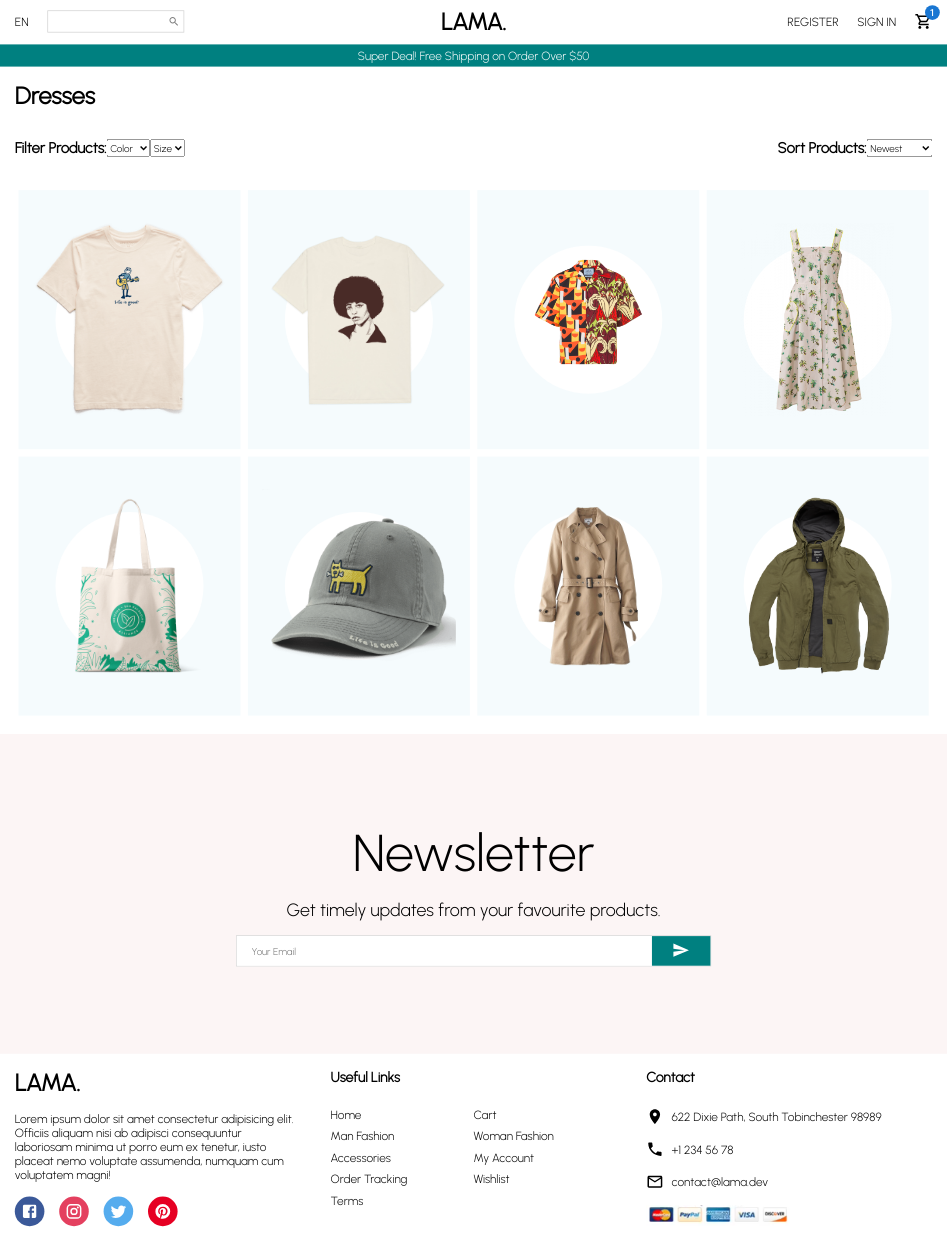
Repository: kmvaghela/ECOMMERCE
Page: /
An editor plug-in stored every save of this project. The page is shown before and after the next save, followed by the edit.
The browser window is 1280 px wide. The pictures show the whole page, at 74% of full size.
The project was rebuilt for these pictures with package versions that can differ from the ones it lists, and the page was loaded fresh each time. Also part of the build but not shown: src/components/CategoryItem.jsx, src/components/Categories.jsx, src/components/Slider.jsx, src/pages/Home.jsx.

Above is the page before, as saved 2022-02-23 21:38:18.

### public/index.html
<!DOCTYPE html>
<html lang="en">

<head>
  <meta charset="utf-8" />
  <meta name="viewport" content="width=device-width, initial-scale=1" />
  <meta name="description" content="Web site created using create-react-app" />
  <link href="https://fonts.googleapis.com/css2?family=Urbanist:wght@100;200;300&display=swap" rel="stylesheet">
  <style>
    * {
      margin: 0;
      font-family: 'Urbanist', sans-serif;
    }
  </style>
  <title>React App</title>
</head>

<body>
  <noscript>You need to enable JavaScript to run this app.</noscript>
  <div id="root"></div>
</body>

</html>

### src/App.jsx
import Home from "./pages/Home";
import ProductList from "./pages/ProductList";

const App = () => {
  return <ProductList />;
};

export default App;

### src/pages/ProductList.jsx
import React from "react";
import styled from "styled-components";
import Announcement from "../components/Announcement";
import Footer from "../components/Footer";
import Navbar from "../components/Navbar";
import Newsletter from "../components/Newsletter";
import Products from "../components/Products";

const Container = styled.div``;

const Title = styled.h1`
  margin: 20px;
`;

const FilterContainer = styled.div`
  display: flex;
  justify-content: space-between;
`;

const Filter = styled.div`
  margin: 20px;
  display: flex;
`;

const FilterText = styled.div`
  font-size: 20px;
  font-weight: 600;
`;

const Select = styled.select``;
const Option = styled.option``;

const ProductList = () => {
  return (
    <Container>
      <Navbar />
      <Announcement />
      <Title>Dresses</Title>
      <FilterContainer>
        <Filter>
          <FilterText>Filter Products:</FilterText>
          <Select>
            <Option disabled selected>
              Color
            </Option>
            <Option>White</Option>
            <Option>Black</Option>
            <Option>Red</Option>
            <Option>Blue</Option>
            <Option>Yellow</Option>
            <Option>Green</Option>
          </Select>
          <Select>
            <Option disabled selected>
              Size
            </Option>
            <Option>XS</Option>
            <Option>S</Option>
            <Option>M</Option>
            <Option>L</Option>
            <Option>XL</Option>
          </Select>
        </Filter>
        <Filter>
          <FilterText>Sort Products:</FilterText>
          <Select>
            <Option selected>Newest</Option>
            <Option>Price (asc)</Option>
            <Option>Price (desc)</Option>
          </Select>
        </Filter>
      </FilterContainer>
      <Products />
      <Newsletter />
      <Footer />
    </Container>
  );
};

export default ProductList;

### src/components/Announcement.jsx
import styled from "styled-components";

const Container = styled.div`
  height: 30px;
  background-color: teal;
  color: white;
  display: flex;
  align-items: center;
  justify-content: center;
  font-size: 14;
  font-weight: 500;
`;

const Announcement = () => {
  return (
    <Container>
      Super Deal! Free Shipping on Order Over $50
    </Container>
  );
};

export default Announcement;

### src/components/Navbar.jsx
import React from "react";
import styled from "styled-components";
import SearchOutlinedIcon from "@mui/icons-material/SearchOutlined";
import ShoppingCartOutlinedIcon from "@mui/icons-material/ShoppingCartOutlined";
import Badge from "@mui/material/Badge";

const Container = styled.div`
  height: 60px;
`;
const Wrapper = styled.div`
  padding: 10px 20px;
  display: flex;
  align-items: center;
  justify-content: space-between;
`;
const Left = styled.div`
  flex: 1;
  display: flex;
  align-items: center;
`;
const Language = styled.span`
  font-size: 14;
  cursor: pointer;
`;
const SearchContainer = styled.div`
  border: 0.5px solid lightgray;
  display: flex;
  align-items: center;
  margin-left: 25px;
  padding: 5px;
`;
const Input = styled.input`
  border: none;
`;

const Center = styled.div`
  flex: 2;
`;
const Logo = styled.h1`
  font-weight: bold;
  text-align: center;
`;

const Right = styled.div`
  flex: 1;
  display: flex;
  align-items: center;
  justify-content: flex-end;
`;
const MenuItem = styled.div`
  font-size: 14;
  cursor: pointer;
  margin-left: 25px;
`;

const Navbar = () => {
  return (
    <Container>
      <Wrapper>
        <Left>
          <Language>EN</Language>
          <SearchContainer>
            <Input />
            <SearchOutlinedIcon style={{color:"gray",fontSize:16}}/>
          </SearchContainer>
        </Left>
        <Center>
          <Logo>LAMA.</Logo>
        </Center>
        <Right>
          <MenuItem>REGISTER</MenuItem>
          <MenuItem>SIGN IN</MenuItem>
          <MenuItem>
            <Badge badgeContent={1} color="primary">
              <ShoppingCartOutlinedIcon />
            </Badge>
          </MenuItem>
        </Right>
      </Wrapper>
    </Container>
  );
};
export default Navbar;

### src/components/Products.jsx
import React from "react";
import styled from "styled-components";
import { popularProducts } from "../data";
import Product from "./Product";

const Container = styled.div`
  padding: 20px;
  display: flex;
  flex-wrap: wrap;
  justify-content: space-between;
`;

const Products = () => {
  return (
    <Container>
      {popularProducts.map((item) => (
        <Product item={item} key={item.id} />
      ))}
    </Container>
  );
};

export default Products;

### src/components/Newsletter.jsx
import React from "react";
import styled from "styled-components";
import SendIcon from "@mui/icons-material/Send";

const Container = styled.div`
  height: 60vh;
  background-color: #fcf5f5;
  display: flex;
  align-items: center;
  justify-content: center;
  flex-direction: column;
`;

const Title = styled.h1`
  font-size: 70px;
  margin-bottom: 20px;
  font-weight: 300;
`;

const Description = styled.div`
  font-size: 24px;
  margin-bottom: 20px;
`;

const InputContainer = styled.div`
  width: 50%;
  height: 40px;
  background-color: white;
  display: flex;
  justify-content: space-between;
  border: 1px solid lightgray;
`;

const Input = styled.input`
  border: none;
  flex: 8;
  padding-left: 20px;
`;

const Button = styled.button`
  flex: 1;
  border: none;
  background-color: teal;
  color: white;
`;

const Newsletter = () => {
  return (
    <Container>
      <Title>Newsletter</Title>
      <Description>
        Get timely updates from your favourite products.
      </Description>
      <InputContainer>
        <Input placeholder="Your Email" />
        <Button>
          <SendIcon />
        </Button>
      </InputContainer>
    </Container>
  );
};

export default Newsletter;

### src/components/Footer.jsx
import React from "react";
import styled from "styled-components";
import FacebookIcon from "@mui/icons-material/Facebook";
import InstagramIcon from "@mui/icons-material/Instagram";
import TwitterIcon from "@mui/icons-material/Twitter";
import PinterestIcon from "@mui/icons-material/Pinterest";
import RoomIcon from "@mui/icons-material/Room";
import PhoneIcon from "@mui/icons-material/Phone";
import MailOutlineIcon from "@mui/icons-material/MailOutline";
import PaymentImage from "../assets/payment.PNG";
const Container = styled.div`
  display: flex;
`;

const Left = styled.div`
  flex: 1;
  display: flex;
  flex-direction: column;
  padding: 20px;
`;
const Center = styled.div`
  flex: 1;
  padding: 20px;
`;
const Right = styled.div`
  flex: 1;
  padding: 20px;
`;

const Logo = styled.h1``;

const Description = styled.p`
  margin: 20px 0px;
`;

const SocialContainer = styled.div`
  display: flex;
`;

const SocialIcon = styled.div`
  height: 40px;
  width: 40px;
  border-radius: 50%;
  color: white;
  background-color: ${(props) => props.color};
  display: flex;
  align-items: center;
  justify-content: center;
  margin-right: 20px;
`;

const Title = styled.h3`
  margin-bottom: 30px;
`;

const List = styled.ul`
  margin: 0;
  padding: 0;
  list-style: none;
  display: flex;
  flex-wrap: wrap;
`;

const ListItem = styled.li`
  width: 50%;
  margin-bottom: 10px;
`;

const ContactItem = styled.div`
  margin-bottom: 20px;
  display: flex;
  align-items: center;
`;

const Payment = styled.img`
  width: 50%;
`;

const Footer = () => {
  return (
    <Container>
      <Left>
        <Logo>LAMA.</Logo>
        <Description>
          Lorem ipsum dolor sit amet consectetur adipisicing elit. Officiis
          aliquam nisi ab adipisci consequuntur laboriosam minima ut porro eum
          ex tenetur, iusto placeat nemo voluptate assumenda, numquam cum
          voluptatem magni!
        </Description>
        <SocialContainer>
          <SocialIcon color="#3B5999">
            <FacebookIcon />
          </SocialIcon>
          <SocialIcon color="#E4405F">
            <InstagramIcon />
          </SocialIcon>
          <SocialIcon color="#55ACEE">
            <TwitterIcon />
          </SocialIcon>
          <SocialIcon color="#E60023">
            <PinterestIcon />
          </SocialIcon>
        </SocialContainer>
      </Left>

      <Center>
        <Title>Useful Links</Title>
        <List>
          <ListItem>Home</ListItem>
          <ListItem>Cart</ListItem>
          <ListItem>Man Fashion</ListItem>
          <ListItem>Woman Fashion</ListItem>
          <ListItem>Accessories</ListItem>
          <ListItem>My Account</ListItem>
          <ListItem>Order Tracking</ListItem>
          <ListItem>Wishlist</ListItem>
          <ListItem>Terms</ListItem>
        </List>
      </Center>

      <Right>
        <Title>Contact</Title>
        <ContactItem>
          <RoomIcon style={{ marginRight: "10px" }} />
          622 Dixie Path, South Tobinchester 98989
        </ContactItem>
        <ContactItem>
          <PhoneIcon style={{ marginRight: "10px" }} />
          +1 234 56 78
        </ContactItem>
        <ContactItem>
          <MailOutlineIcon style={{ marginRight: "10px" }} />
          contact@lama.dev
        </ContactItem>
        <Payment src={PaymentImage} alt="not found" />
      </Right>
    </Container>
  );
};

export default Footer;

### src/data.js
import img1 from "./assets/1.png";
import img2 from "./assets/2.png";
import img3 from "./assets/3.png";
import caterogryImg1 from "./assets/category-item-images/1.jpg";
import caterogryImg2 from "./assets/category-item-images/2.jpg";
import caterogryImg3 from "./assets/category-item-images/3.jpg";
import ProductImg1 from "./assets/product-images/1.png";
import ProductImg2 from "./assets/product-images/2.png";
import ProductImg3 from "./assets/product-images/3.png";
import ProductImg4 from "./assets/product-images/4.png";
import ProductImg5 from "./assets/product-images/5.png";
import ProductImg6 from "./assets/product-images/6.png";
import ProductImg7 from "./assets/product-images/7.png";
import ProductImg8 from "./assets/product-images/8.png";

export const sliderItems = [
    {
        id: 1,
        img: img1,
        title: "SUMMER SALE",
        desc: "DON'T COMPROMISE ON STYLE! GET FLAT 30% OFF FOR NEW ARRIVALS.",
        bg: "#f5fafd",
    },
    {
        id: 2,
        img: img2,
        title: "AUTUMN COLLECTION",
        desc: "DON'T COMPROMISE ON STYLE! GET FLAT 30% OFF FOR NEW ARRIVALS.",
        bg: "#fcf1ed",
    },
    {
        id: 3,
        img: img3,
        title: "LOUNGEWEAR LOVE",
        desc: "DON'T COMPROMISE ON STYLE! GET FLAT 30% OFF FOR NEW ARRIVALS.",
        bg: "#fbf0f4",
    }
];

export const categories = [
    {
        id: 1,
        img: caterogryImg1,
        title: "SHIRT STYLE!",
    },
    {
        id: 2,
        img: caterogryImg2,
        title: "LOUNGEWEAR LOVE",
    },
    {
        id: 3,
        img: caterogryImg3,
        title: "LIGHT JACKETS",
    }
];

export const popularProducts = [
    {
        id: 1,
        img: ProductImg1,
    },
    {
        id: 2,
        img: ProductImg2,
    },
    {
        id: 3,
        img: ProductImg3,
    },
    {
        id: 4,
        img: ProductImg4,
    },
    {
        id: 5,
        img: ProductImg5,
    },
    {
        id: 6,
        img: ProductImg6,
    },
    {
        id: 7,
        img: ProductImg7,
    },
    {
        id: 8,
        img: ProductImg8,
    },

]

### src/components/Product.jsx
import React from "react";
import styled from "styled-components";
import ShoppingCartOutlined from "@mui/icons-material/ShoppingCartOutlined";
import SearchOutlined from "@mui/icons-material/SearchOutlined";
import FavoriteBorderOutlined from "@mui/icons-material/FavoriteBorderOutlined";

const Info = styled.div`
  width: 100%;
  height: 100%;
  position: absolute;
  top: 0;
  left: 0;
  z-index: 3;
  display: flex;
  align-items: center;
  justify-content: center;
  background-color: rgba(0, 0, 0, 0.2);
  opacity: 0;
  transition: all 0.5s ease;
  cursor: pointer;
`;

const Container = styled.div`
  flex: 1;
  margin: 5px;
  min-width: 280px;
  height: 350px;
  display: flex;
  align-items: center;
  justify-content: center;
  background-color: #f5fbfd;
  position: relative;

  &:hover ${Info} {
    opacity: 1;
  }
`;

const Circle = styled.div`
  background-color: white;
  width: 200px;
  height: 200px;
  border-radius: 50%;
  position: absolute;
`;

const Image = styled.img`
  height: 75%;
  z-index: 2;
`;

const Icon = styled.div`
  height: 40px;
  width: 40px;
  background-color: white;
  border-radius: 50%;
  display: flex;
  align-items: center;
  justify-content: center;
  margin: 10px;
  transition: all 0.5s ease;

  &:hover {
    background-color: #e9f5f5;
    transform: scale(1.1);
  }
`;

const Product = ({ item }) => {
  return (
    <Container>
      <Circle />
      <Image src={item.img} alt="" />
      <Info>
        <Icon>
          <ShoppingCartOutlined />
        </Icon>
        <Icon>
          <SearchOutlined />
        </Icon>
        <Icon>
          <FavoriteBorderOutlined />
        </Icon>
      </Info>
    </Container>
  );
};

export default Product;

Loaded but not shown: src/index.js (common file)

After the next save:
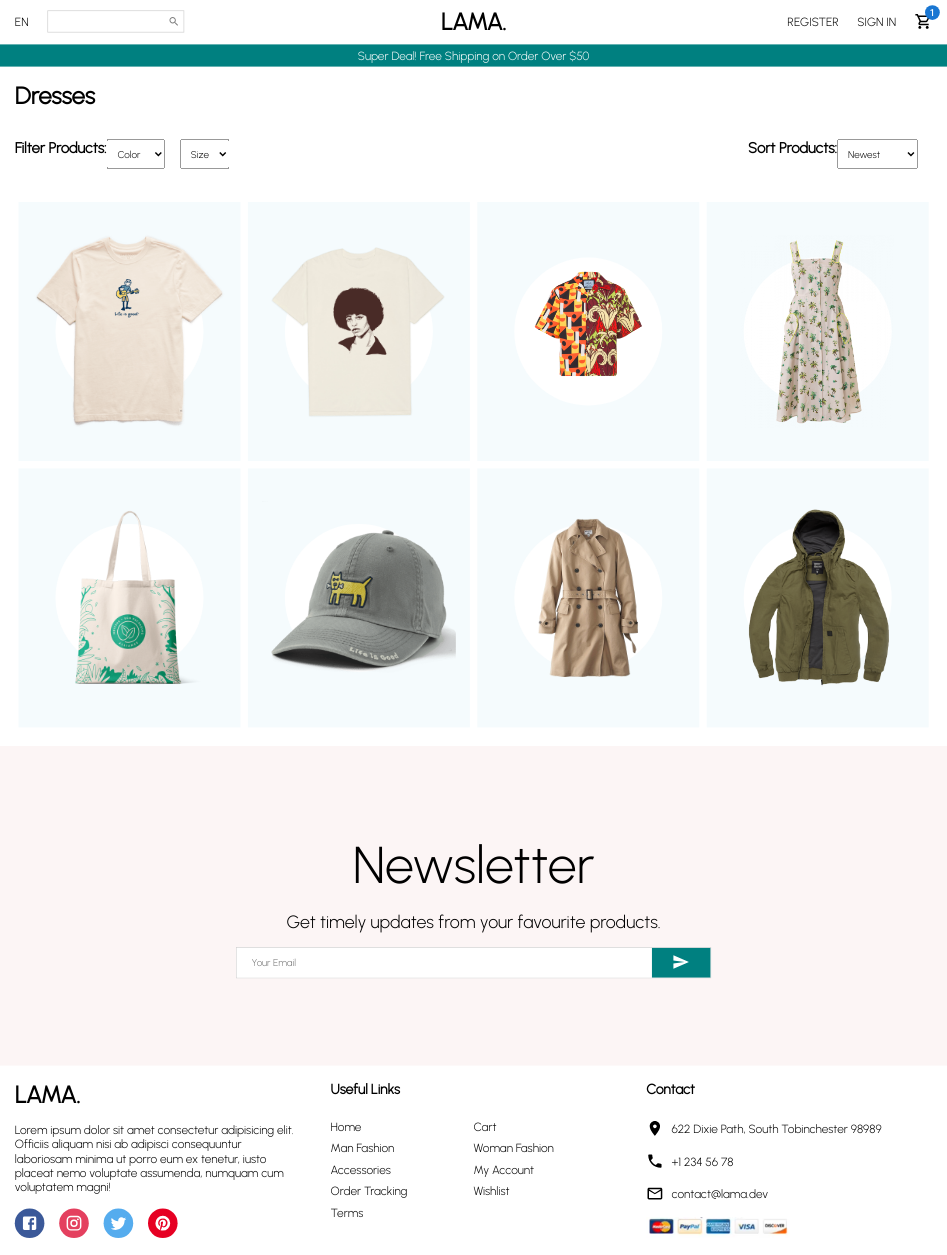
Saved 89 s later.
--- a/src/pages/ProductList.jsx
+++ b/src/pages/ProductList.jsx
@@ -27,7 +27,11 @@
   font-weight: 600;
 `;
 
-const Select = styled.select``;
+const Select = styled.select`
+  padding: 10px;
+  margin-right: 20px;
+`;
+
 const Option = styled.option``;
 
 const ProductList = () => {
